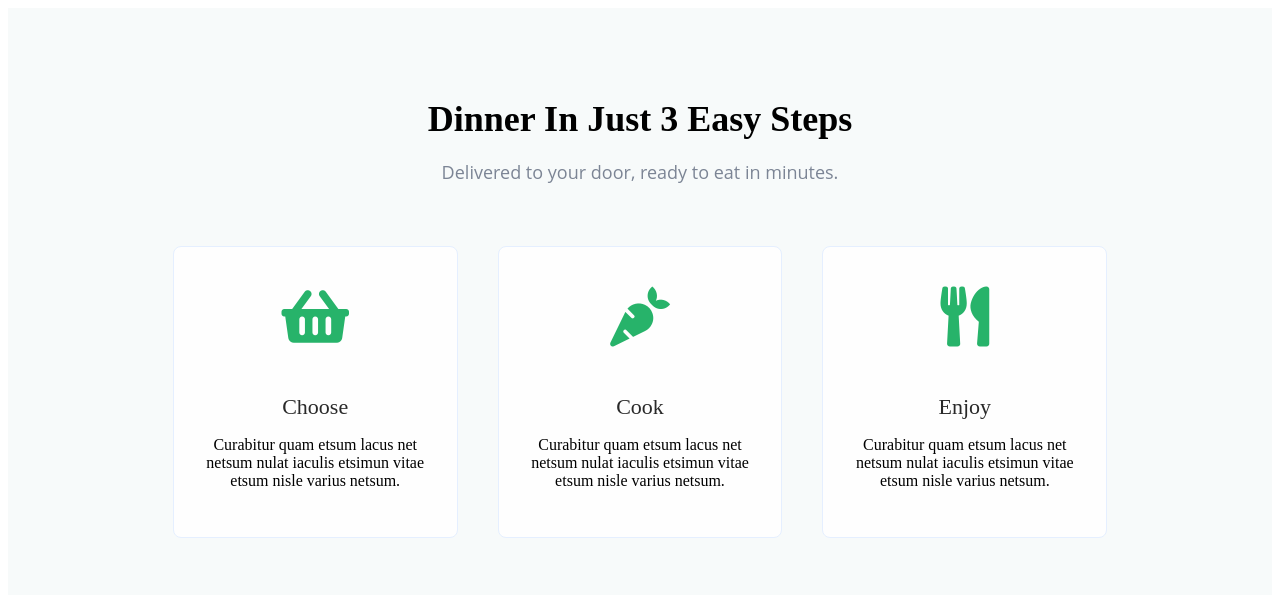
Repository: ST-United-Internship/leadpage
Page: card-UI.html
These files come from the project's save history. The page is drawn as it stood at one moment and after the next save; the edit follows.
The browser window is 1280 px wide. The pictures show the whole page.

Above is the page before, as saved 2023-03-16 08:53:12.

After the next save:
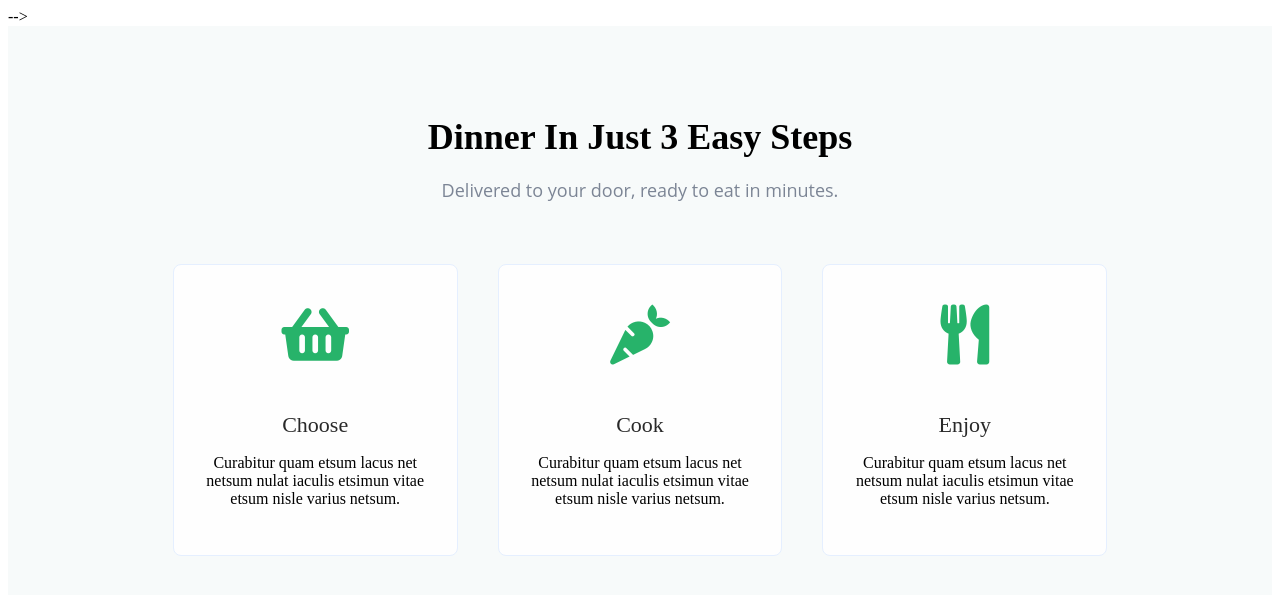
Saved 15 s later.
--- a/card-UI.html
+++ b/card-UI.html
@@ -14,11 +14,11 @@
       crossorigin="anonymous"
     />
   </head>
-  <body>
+  <!-- <body>
     <!-- Dinner UI component -->
 
     <!-- End dinner UI component -->
-  </body>
+  </body> -->
 
   <section class="card-section">
     <!--begin title-->

After the save that followed:
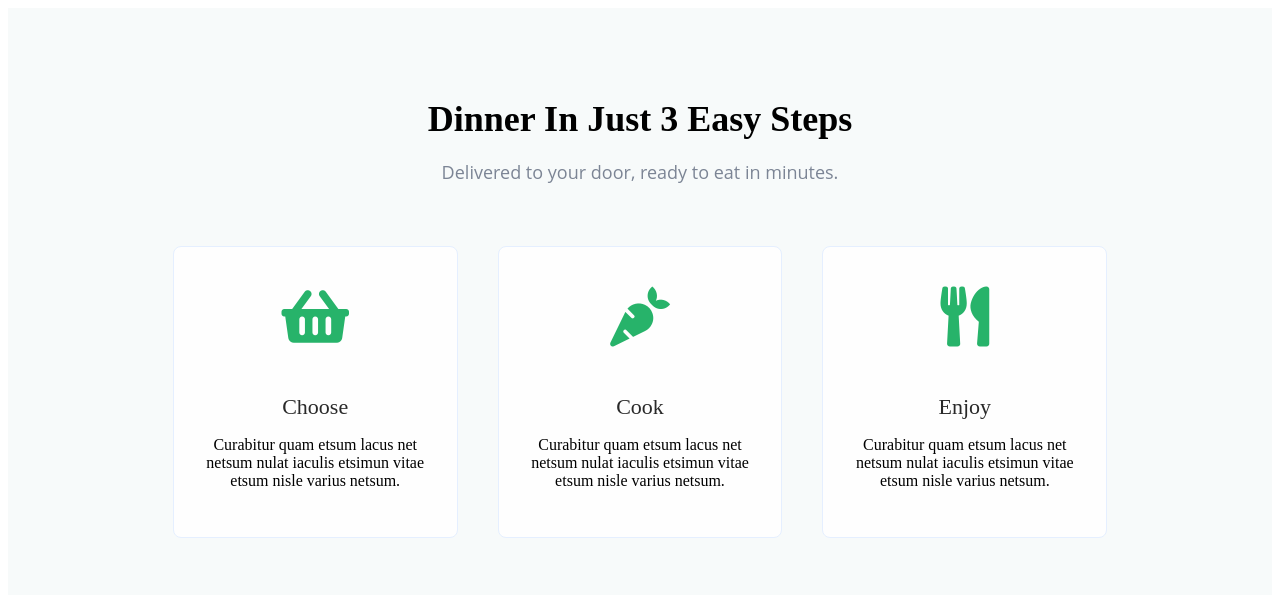
Saved 4 s later.
--- a/card-UI.html
+++ b/card-UI.html
@@ -14,11 +14,11 @@
       crossorigin="anonymous"
     />
   </head>
-  <!-- <body>
+  <body>
     <!-- Dinner UI component -->
 
     <!-- End dinner UI component -->
-  </body> -->
+  </body>
 
   <section class="card-section">
     <!--begin title-->
